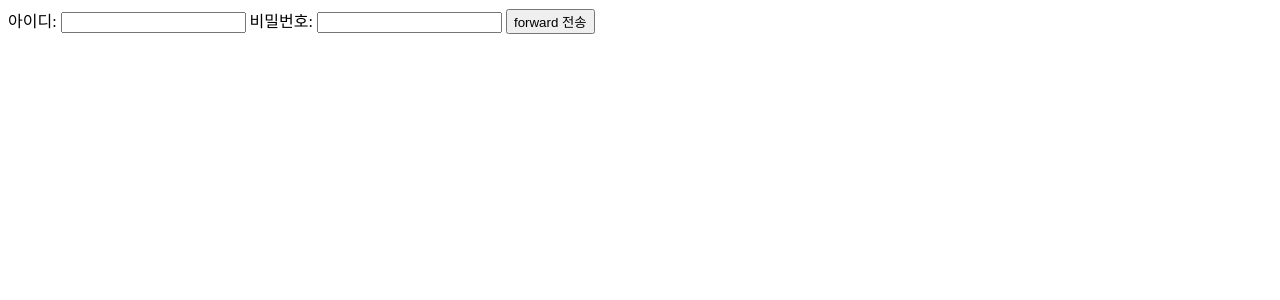
Repository: jpg723/Assignment
Page: http://localhost/LAB8_4/page_control_01.jsp
The author's editor kept a copy of each file at every save. The page is drawn from the files as they stood at one save, then again after the next save.
The browser window is 1280 px wide. The pictures show the whole page.
The page is served by Tomcat 9.

Above is the page before, as saved 2021-10-29 16:51:57.

### 웹프로그래밍/LAB8_4/src/main/webapp/page_control_01.jsp
<%@ page language="java" contentType="text/html; charset=UTF-8"
    pageEncoding="UTF-8"%>
<!DOCTYPE html>
<html>
<head>
<meta charset="UTF-8">
<title>LAB8_4</title>
</head>
<body>
<form>
	아이디: <input type="text" name= "username">
	비밀번호: <input type="text" name= "password">
	<input type="submit" value="forward 전송">
</form>
</body>
</html>

After the next save:
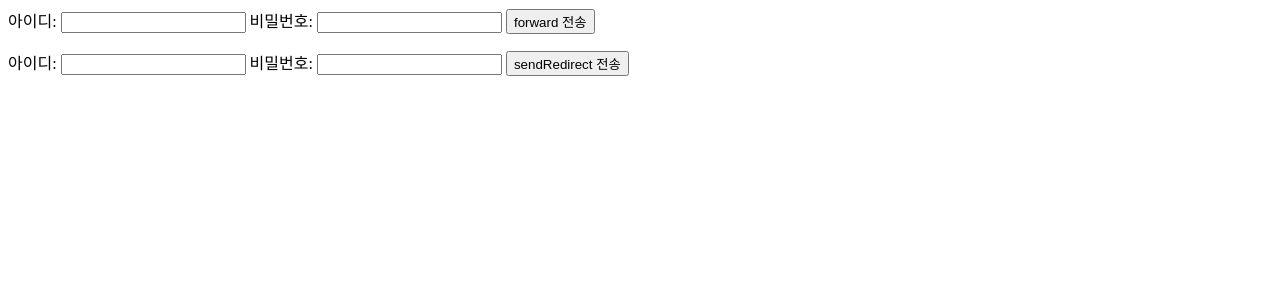
Saved 44 s later.
--- a/웹프로그래밍/LAB8_4/src/main/webapp/page_control_01.jsp
+++ b/웹프로그래밍/LAB8_4/src/main/webapp/page_control_01.jsp
@@ -11,6 +11,9 @@
 	아이디: <input type="text" name= "username">
 	비밀번호: <input type="text" name= "password">
 	<input type="submit" value="forward 전송">
+	<p>아이디: <input type="text" name= "username">
+	비밀번호: <input type="text" name= "password">
+	<input type="submit" value="sendRedirect 전송">
 </form>
 </body>
 </html>
